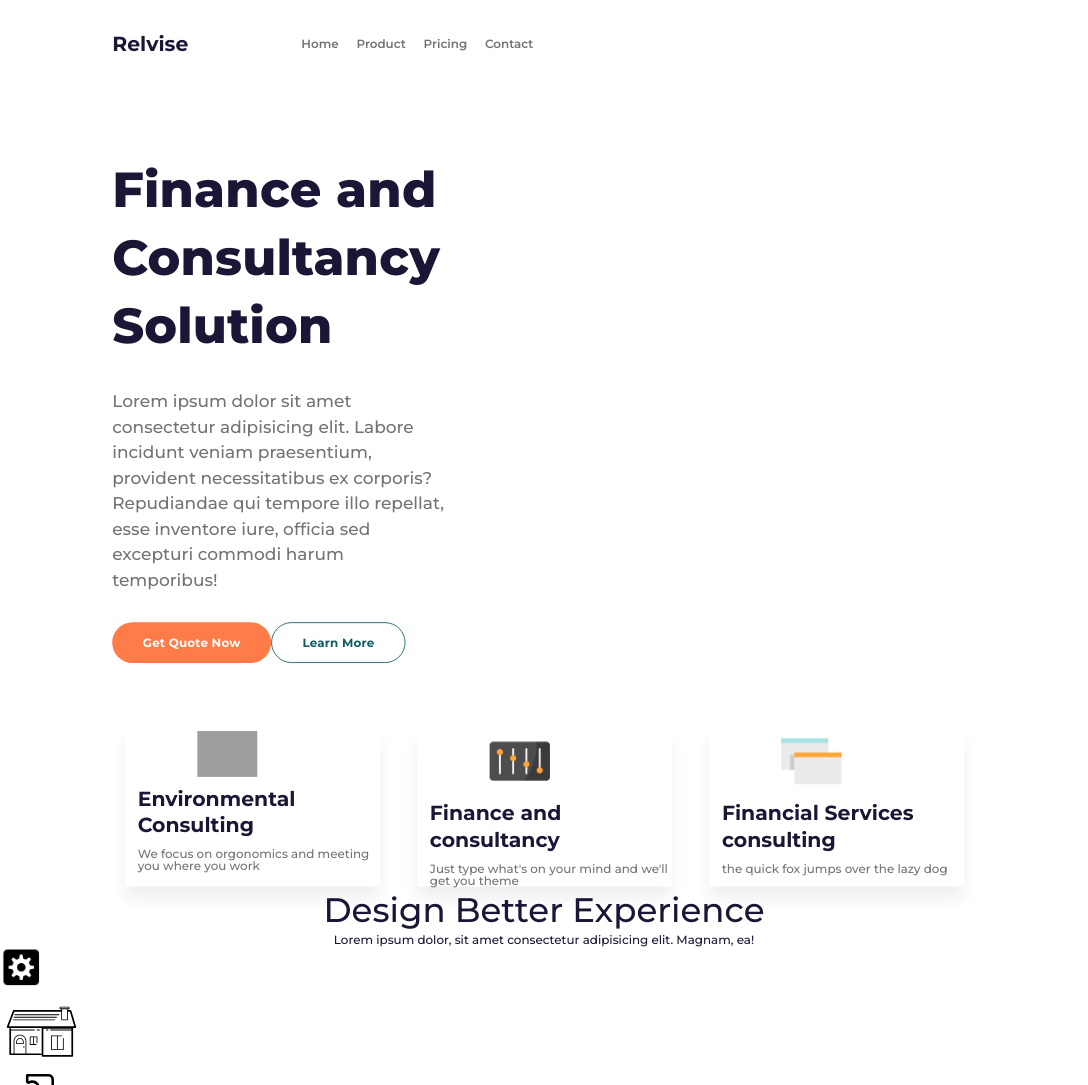
Repository: usalokiN/simple-project
Page: index.html
These files come from the project's save history. The page is drawn as it stood at one moment and after a run of saves; the edit follows.
The browser window is 1280 px wide. The pictures show the part of the page from y = 0 to 1277 px (the page is 1627 px tall before and 1597 px after), at 85% of full size.
Pictures or frames that could not be fetched are drawn as grey boxes. A picture or video elsewhere on the page could not be fetched, so the positions and the page height are approximate.

Above is the page before, as saved 2022-01-17 13:36:23.

After the next 2 saves:
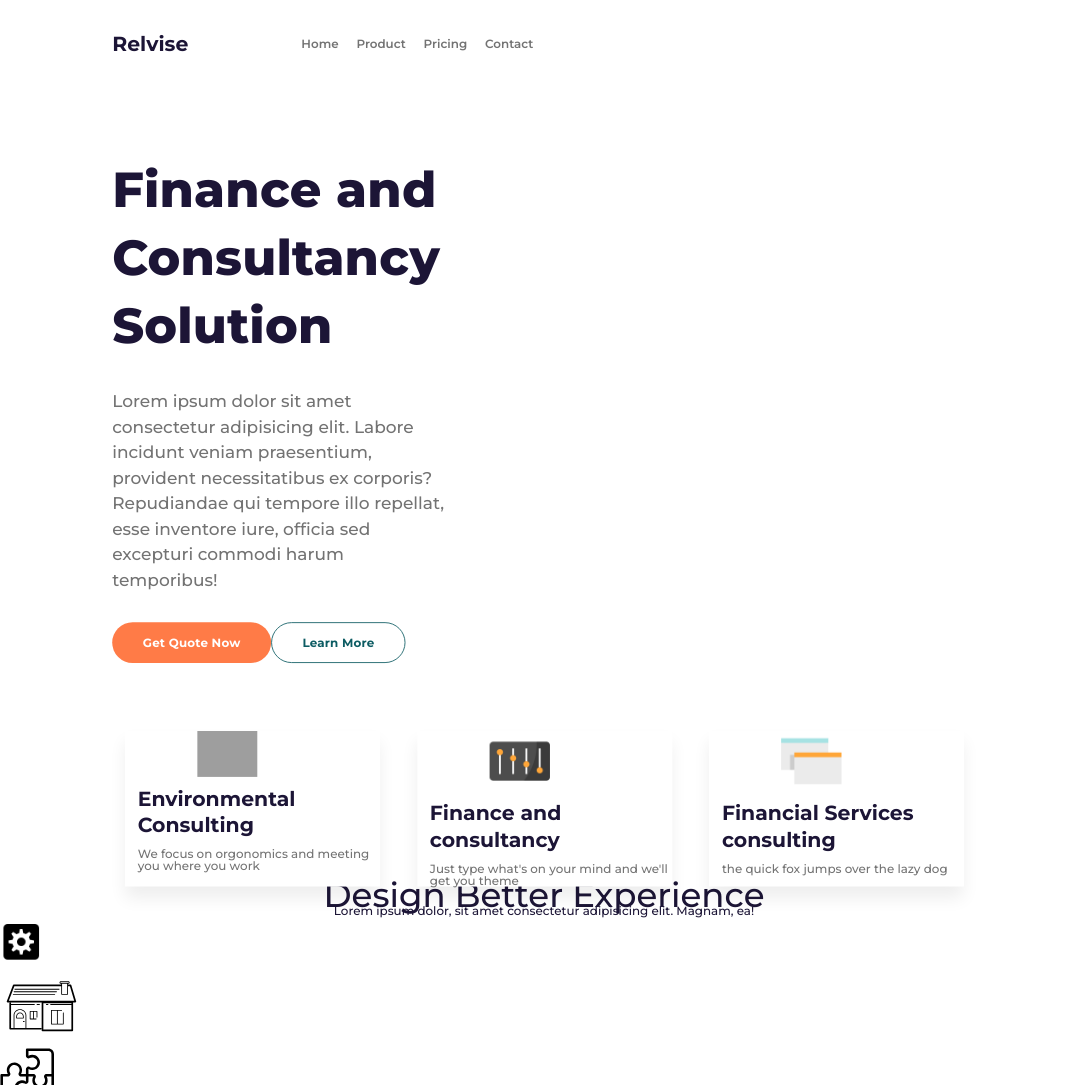
The 2 saves are shown as one change because they came seconds apart.
The last was saved 70 s later.
--- a/css/style.css
+++ b/css/style.css
@@ -69,11 +69,11 @@
 
                     .header-block {
                         text-align: center;
+                        line-height: 142%;
                     }
 
                     .header-block__title {
                         font-size: 40px;
-                        line-height: 140%;
                     }
 
                     .header {
